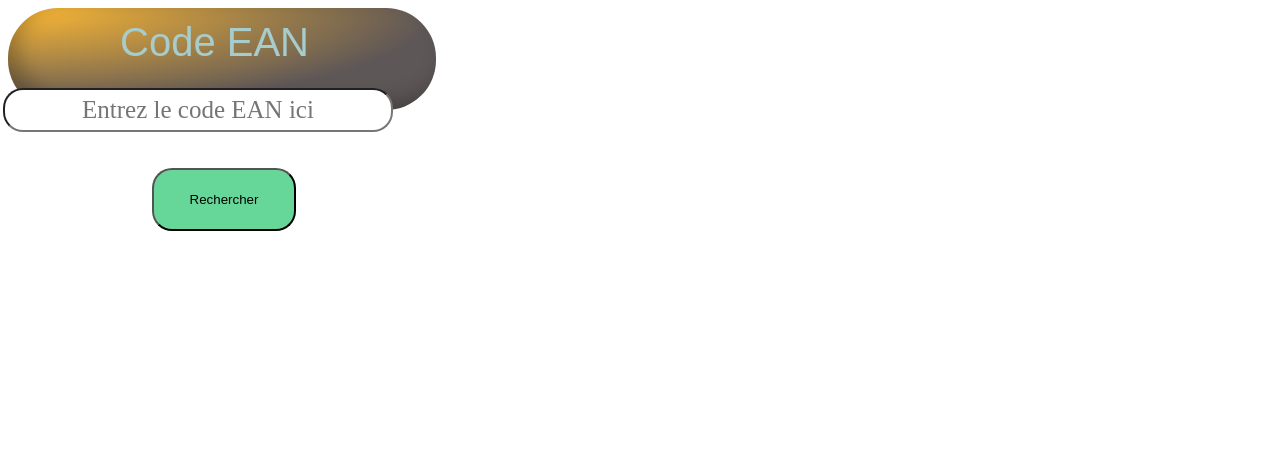
Repository: Zouz01/exo-toucan
Page: index.html
The author's editor kept a copy of each file at every save. The page is drawn from the files as they stood at one save, then again after a run of saves.
The browser window is 1280 px wide. The pictures show the whole page.

Above is the page before, as saved 2023-09-21 12:30:21.

### index.html
<!DOCTYPE html>
<html lang="fr">
<head>
    <meta charset="UTF-8">
    <meta name="viewport" content="width=device-width, initial-scale=1">
    <title>TOUCAN API</title>
    <link rel="stylesheet" type="text/css" href="main.css">
</head>
<body>
    <div class="container">
        <!-- Formulaire de recherche -->
        <form id="product-form" action="https://fr.openfoodfacts.org/api/v0/product/<<code_EAN_13>>" method="POST">
            <label for="code_ean">Code EAN </label>
            <input type="text" id="code_ean" name="code_ean" placeholder="Entrez le code EAN ici"><!-- Champ de saisie du code EAN -->
            <button type="submit" id="submit">Rechercher</button> <!-- Bouton de soumission du formulaire -->
        </form>

        <!-- Conteneur pour l'affichage de l'image et des informations -->
        <div><img id="img"></div>
        <div id="product-info"></div>
    </div>

    <!-- Inclusion du script JavaScript -->
    <script src="main.js"></script>
   <scrip // Récupérez une référence vers le conteneur de résultat
    var resultContainer = document.getElementById('result-container');

    // Récupérez la hauteur du contenu de #product-info
    var contentHeight = document.getElementById('product-info').offsetHeight;

    // Définissez la hauteur de #result-container en fonction de la hauteur du contenu
    resultContainer.style.height = contentHeight + 'px';</script>

</body>
</html>

### main.css
body {
    font-family: Arial, sans-serif;

}

.container {
    width: 428px;

   position: fixed;
    text-align: center;

    background: radial-gradient(100% 100% at 0% 0%, #FFBA33 0%, #5e5757 100%);
   /* background: radial-gradient(100% 100% at 0% 0%, #A6A6A6 0.46%, #000000 78.06%);
    background: linear-gradient(167.94deg, #7AA77E 0%, #476F72 100%);*/

    opacity: 1.8;
    box-shadow: inset 10px -10px 20px rgba(0, 0, 0, 0.25);
    border-radius: 50px;

}

/* position ecriture label*/
label {

    top: 20px;
    font-size: 40px;
    color: rgb(167, 204, 204);
   left: 120px;
    position :fixed;



}
/*position img*/
#img {
    position: relative;
   border-radius: 20px;
   width: 20%;
   top: 600px;
}

/*position retour d'information produit*/
#product-info {
    padding: 20px;
    color: rgb(171, 221, 205);
    font-size: larger;
    text-align: center; /* Centre le texte horizontalement */
}
h2 {
    font-size: xx-large;
    color: #7af3b1;
}
p{
    font-size: larger ;
}

/* Champ de saisie pour entrer le code EAN */
#code_ean {
    position: relative;
   border-radius: 20px;
    width: 382px;
    height: 38px;
   right:24px ;
    top: 80px;
    font-family: 'Montserrat';
font-style: normal;
font-weight: 500;
font-size: 25px;
line-height: 30px;
text-align: center;

color: #0f0d0d;



}

/* Bouton de recherche */
button[type="submit"] {
    position: absolute;
    width: 144px;
    height: 63px;
  background-color: #67d699;
    top: 160px;
    border-radius: 20px;
    right: 140px;



}




/* styles pour les écrans plus grands */
/* @media (min-width: 900px) {
     .container {
        width: 1860px;
        height: 900px;
     }
        button[type="submit"] {
            position: absolute;
    width: 184px;
    height: 83px;
  background-color: #67d699;
    bottom: 50px;
    border-radius: 20px;
    right: 870px;
        }
        #code_ean {
            position: absolute;
           border-radius: 20px;
            width: 1382px;
            height: 68px;
           right:15% ;
            top: 80px;
            font-family: 'Montserrat';
        font-style: normal;
        font-weight: 500;
        font-size: 25px;
        line-height: 30px;
        text-align: center;
        color: #0f0d0d;

 }
 label {

    top: 20px;
    font-size: 40px;
    color: rgb(167, 204, 204);
   left: 800px;
    position :fixed;

}
#product-info {
    position: absolute;
    padding: 50px;
    color:rgb(171, 221, 205);
    top: 200px;
    left: 30%;

 }
 #img {
    position: relative;
   border-radius: 20px;
   max-width: 20%;
   max-height: 10%;
   top: 230px;
   right: 30%;
}
h2 {
    font-size: 50px;
    color: aqua;
}
p{
    font-size: 30px ;
}
} */

### main.js
const form = document.querySelector("#product-form"); //Interagit avec  HTML avec l'id "product-form"
const code_ean = document.querySelector("#code_ean"); //Interagit avec  HTML  avec l'id "code_ean"
const productInfo = document.querySelector("#product-info"); //Interagit avec  HTML avec l'id "les informations produits"
const img = document.querySelector("#img");  //Interagit avec  HTML avec l'id "les images"
const submit = document.querySelector("#submit");  //Interagit avec  HTML avec l'id "Boutton envoi"


submit.addEventListener("click", (e) => { // Ecouteur d'événement sur le bouton d'envoi qui écoute un événement de clic
    e.preventDefault();

    // validation du code
    if (code_ean.value.length !== 13) {
        alert("Le code EAN doit contenir 13 chiffres.");// Le script vérifie si la valeur du champ de saisie du code EAN comporte 13 caractères
        return;                                         // Sinon, il affiche une alerte indiquant que le code EAN doit contenir 13 chiffres.
    }else

// Si code correct alors ...
    // Récupére les informations du produit depuis l'API
    fetch("https://fr.openfoodfacts.org/api/v0/product/" + code_ean.value) //Méthode pour envoyer une requête GET à l'API
        .then((reponse) => reponse.json())   //  Convertit  la réponse de l'API en JSON
        .then((data) => {                    //  Pour accéder aux données.
            let product = data.product;
            img.src = product.image_url;


             //Affiche les informations sur le produit, ( avec innerHTML on definila source de l'éléments)
             productInfo.innerHTML =`
             <h2><b>Nom</b> : ${product.abbreviated_product_name}</h2>
             <p><b>Marque</b> : ${product.brands}</p>
             <p><b>Catégorie</b> : ${product.categories}</p>
             <p><b>Ingrédients</b> : ${product.ingredients_text}</p>`
             console.log (data)
        }); // ${} veut dire interpreter

});

   /*fecht veut dire aller chercher*/

After the next 2 saves:
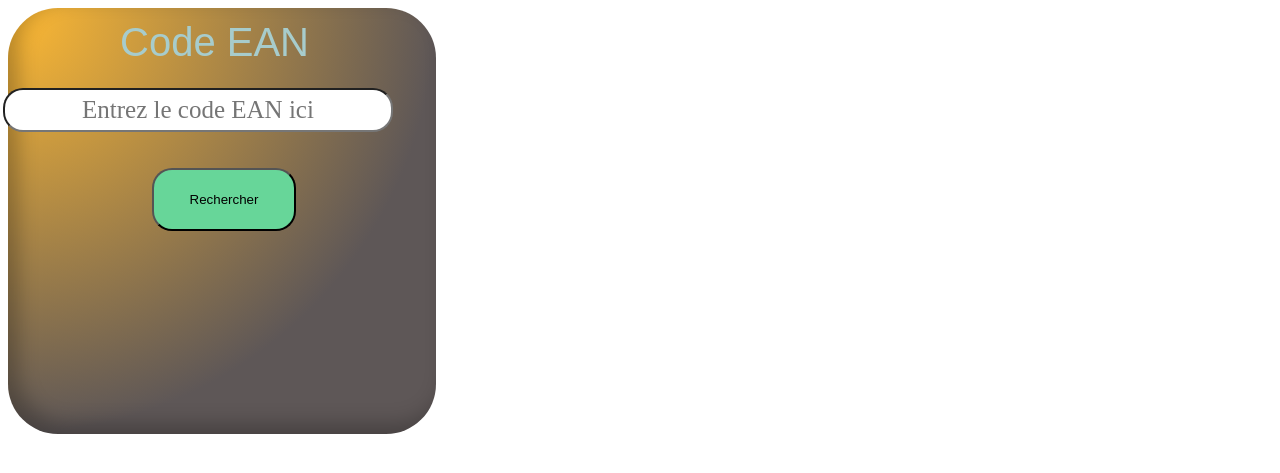
The 2 saves are shown as one change because they came seconds apart.
The last was saved 13 s later.
--- a/main.css
+++ b/main.css
@@ -5,7 +5,7 @@ body {
 
 .container {
     width: 428px;
-
+    height: 426px;
    position: fixed;
     text-align: center;
 
